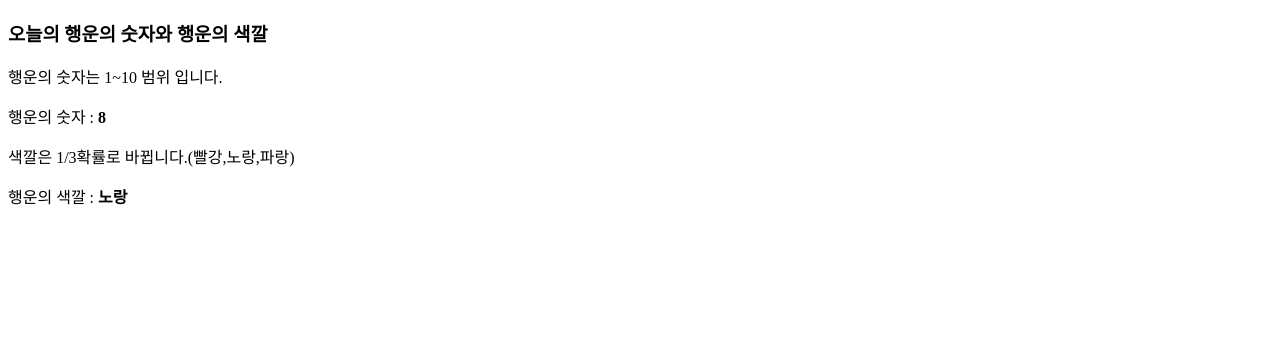
Repository: Yingjae/jsp_practice
Page: http://localhost/JSPBasic/JspTag/TagQ01.jsp
The author's editor kept a copy of each file at every save. The page is drawn from the files as they stood at one save, then again after the next save.
The browser window is 1280 px wide. The pictures show the whole page.
The page is served by Tomcat 9.

Above is the page before, as saved 2022-01-28 06:05:27.

### JSPBasic/src/main/webapp/JspTag/TagQ01.jsp
<%@ page language="java" contentType="text/html; charset=UTF-8"
    pageEncoding="UTF-8"%>
<!DOCTYPE html>
<html>
<head>
<meta charset="UTF-8">
<title>Insert title here</title>
</head>
<body>
<%!
	// Declaration 내부에
	// 1 ~ 10범위의 난수를 리턴하는 메서드
	// int randomNumber()를 선언해 주세요.
	int randomNumber(){
		// 정수 1~10까지 발생 시켜서 리턴 하도록 로직 작성
		int result = (int)(Math.random() * 10 + 1);
		return result;
	}

	String randomColor(){
		// 33% 확률로 빨강, 노랑, 파랑
	    double result = Math.random();
		String color;
		if(result < 0.33){
			color = "빨강";
		}else if(result < 0.66 ){
			color = "파랑";
		}else{
			color = "노랑";
		}
		return color;
	}
%>
	<h3>오늘의 행운의 숫자와 행운의 색깔</h3>
	<p>행운의 숫자는 1~10 범위 입니다.</p>
	<p>행운의 숫자 : <b><%=randomNumber() %></b></p>
	<p>색깔은 1/3확률로 바뀝니다.(빨강,노랑,파랑)</p>
	<p>행운의 색깔 : <b><%=randomColor() %></b></p>
</body>
</html>

After the next save:
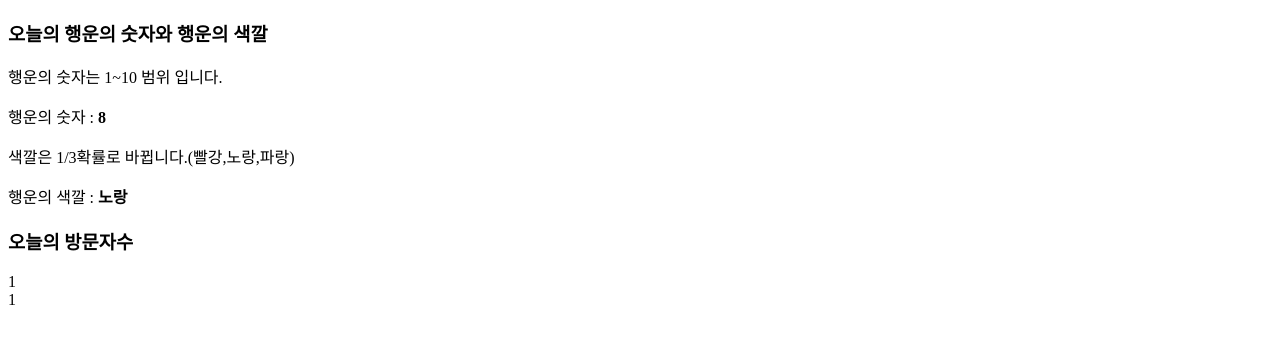
Saved 10 min 45 s later.
--- a/JSPBasic/src/main/webapp/JspTag/TagQ01.jsp
+++ b/JSPBasic/src/main/webapp/JspTag/TagQ01.jsp
@@ -30,11 +30,22 @@
 		}
 		return color;
 	}
+
+	// declaration에 선언한 변수는 서버를 끄기 전까지는 값이 누적됩니다.
+	public int total = 0;
+
 %>
 	<h3>오늘의 행운의 숫자와 행운의 색깔</h3>
 	<p>행운의 숫자는 1~10 범위 입니다.</p>
 	<p>행운의 숫자 : <b><%=randomNumber() %></b></p>
 	<p>색깔은 1/3확률로 바뀝니다.(빨강,노랑,파랑)</p>
 	<p>행운의 색깔 : <b><%=randomColor() %></b></p>
+	<h3>오늘의 방문자수</h3>
+	<%
+		out.println(++total);
+		int currentNum = 0;
+		out.println("<br/>");
+		out.println(++currentNum);
+	%>
 </body>
 </html>
